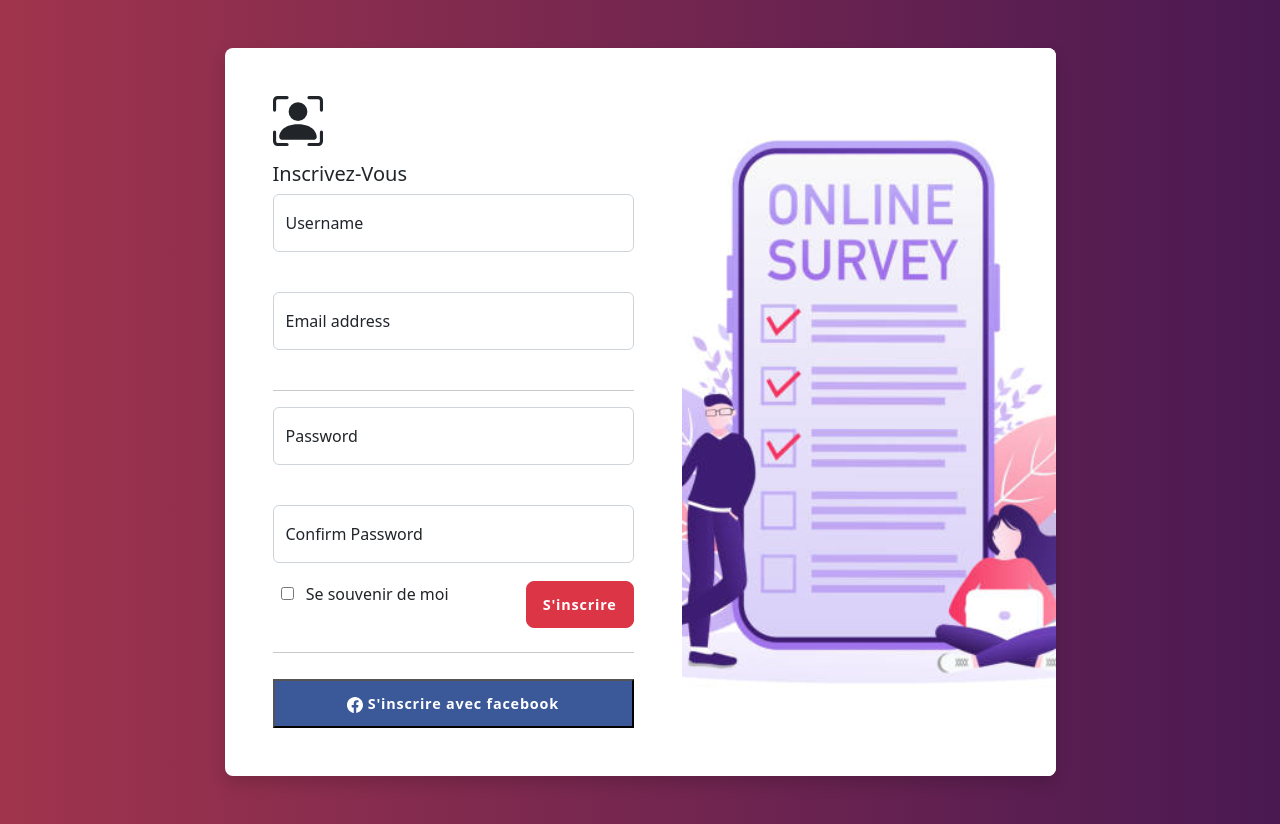
Repository: Djiamil/testsMoustaphaDER
Page: index.html
An editor plug-in stored every save of this project. The page is shown before and after a run of saves, followed by the edit.
The browser window is 1280 px wide. The pictures show the whole page.

Above is the page before, as saved 2022-12-09 00:23:33.

After the next 2 saves:
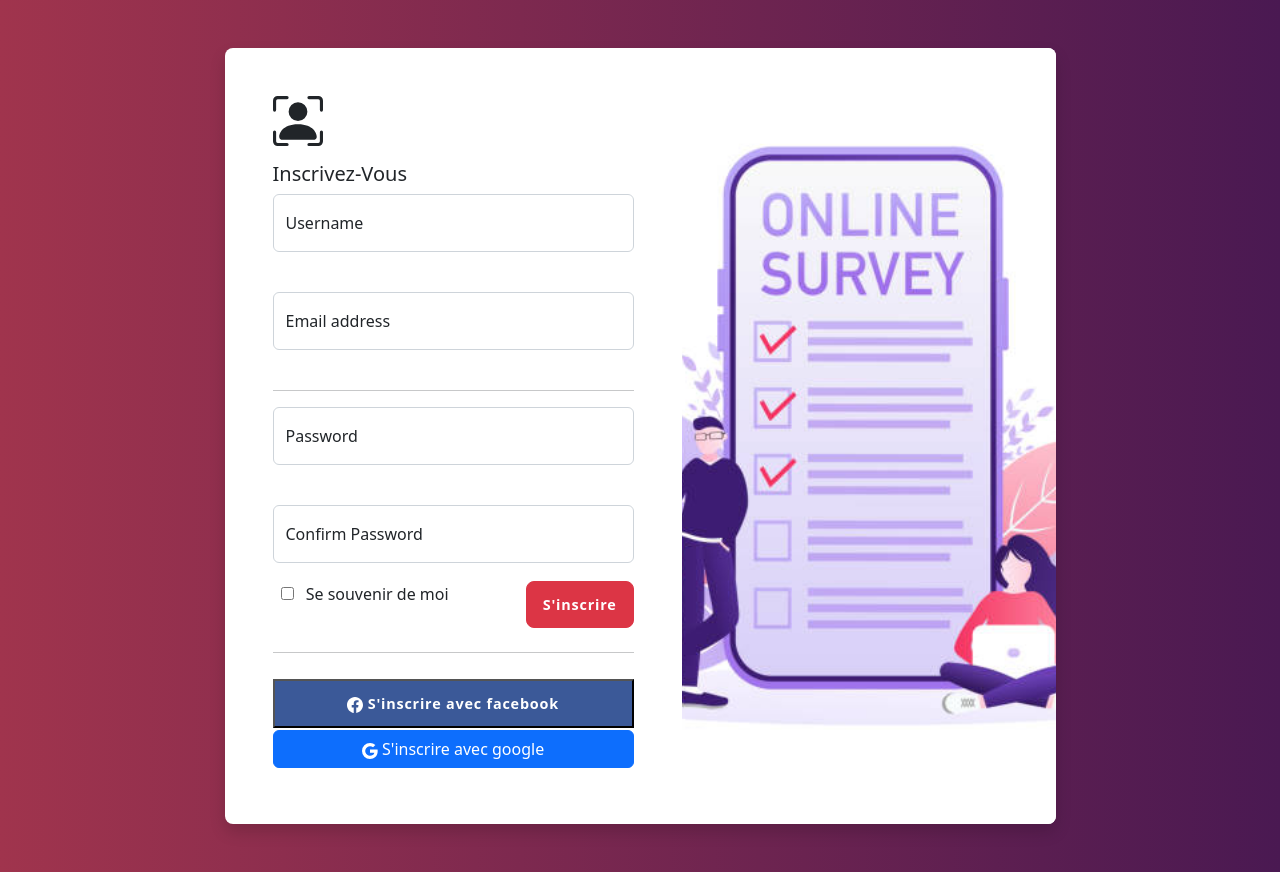
The 2 saves are shown as one change because they came seconds apart.
The last was saved 7 s later.
--- a/index.html
+++ b/index.html
@@ -68,6 +68,13 @@
                             S'inscrire avec facebook
                         </button>
                     </div>
+                    <div class="d-grid mb-2">
+                        <button class="btn btn-primary" type="submit">
+                            <svg xmlns="http://www.w3.org/2000/svg" width="16" height="16" fill="currentColor" class="bi bi-google" viewBox="0 0 16 16">
+                                <path d="M15.545 6.558a9.42 9.42 0 0 1 .139 1.626c0 2.434-.87 4.492-2.384 5.885h.002C11.978 15.292 10.158 16 8 16A8 8 0 1 1 8 0a7.689 7.689 0 0 1 5.352 2.082l-2.284 2.284A4.347 4.347 0 0 0 8 3.166c-2.087 0-3.86 1.408-4.492 3.304a4.792 4.792 0 0 0 0 3.063h.003c.635 1.893 2.405 3.301 4.492 3.301 1.078 0 2.004-.276 2.722-.764h-.003a3.702 3.702 0 0 0 1.599-2.431H8v-3.08h7.545z"/>
+                              </svg> S'inscrire avec google
+                        </button>
+                    </div>
                     </form>
                 </div>
                 <div class="card-img-left d-none d-md-flex">
